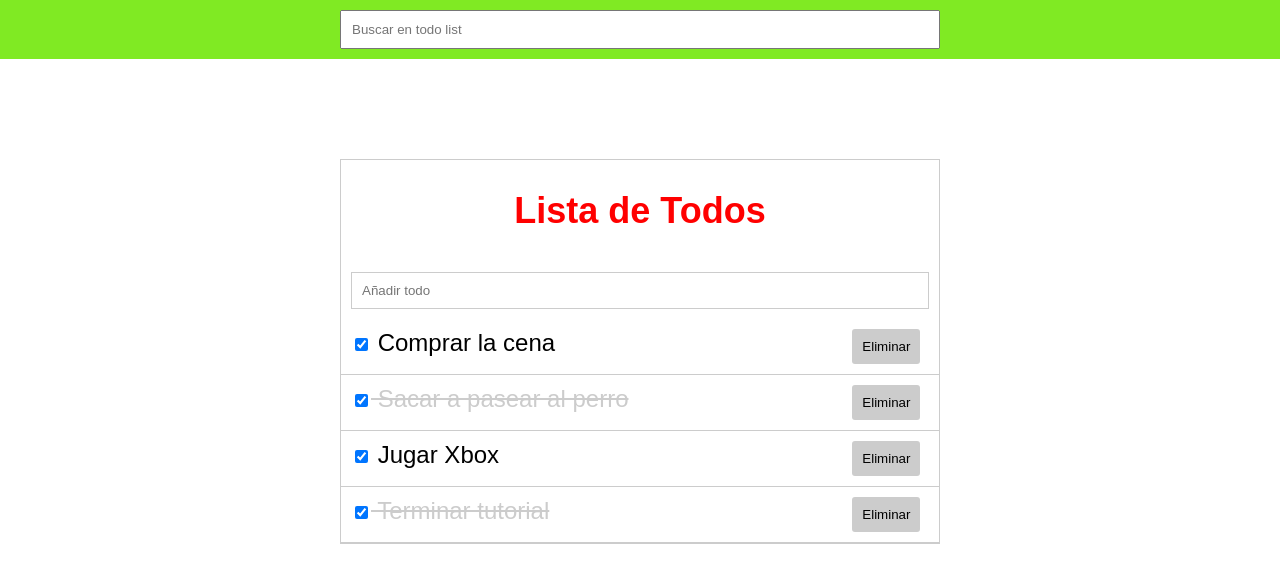
Repository: MauriVaz/Primer-app-con-Vue
Page: /
An editor plug-in stored every save of this project. The page is shown before and after the next save, followed by the edit.
The browser window is 1280 px wide. The pictures show the whole page.
The project was rebuilt for these pictures with package versions that can differ from the ones it lists, and the page was loaded fresh each time. Also part of the build but not shown: vue.config.js.

Above is the page before, as saved 2022-12-28 22:07:42.

After the next save:
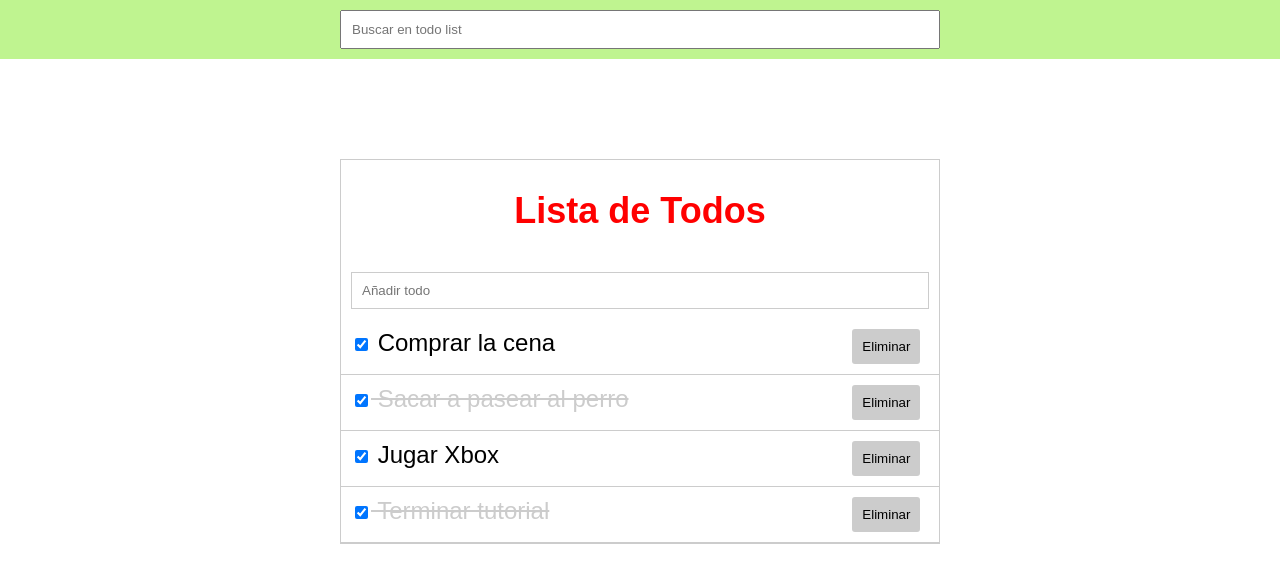
Saved 11 s later.
--- a/src/App.vue
+++ b/src/App.vue
@@ -96,7 +96,7 @@ export default {
   }
 
   #header{
-    background: rgb(128, 234, 35);
+    background: rgb(128, 234, 35, .5);
     padding: 10px;
   }
 
